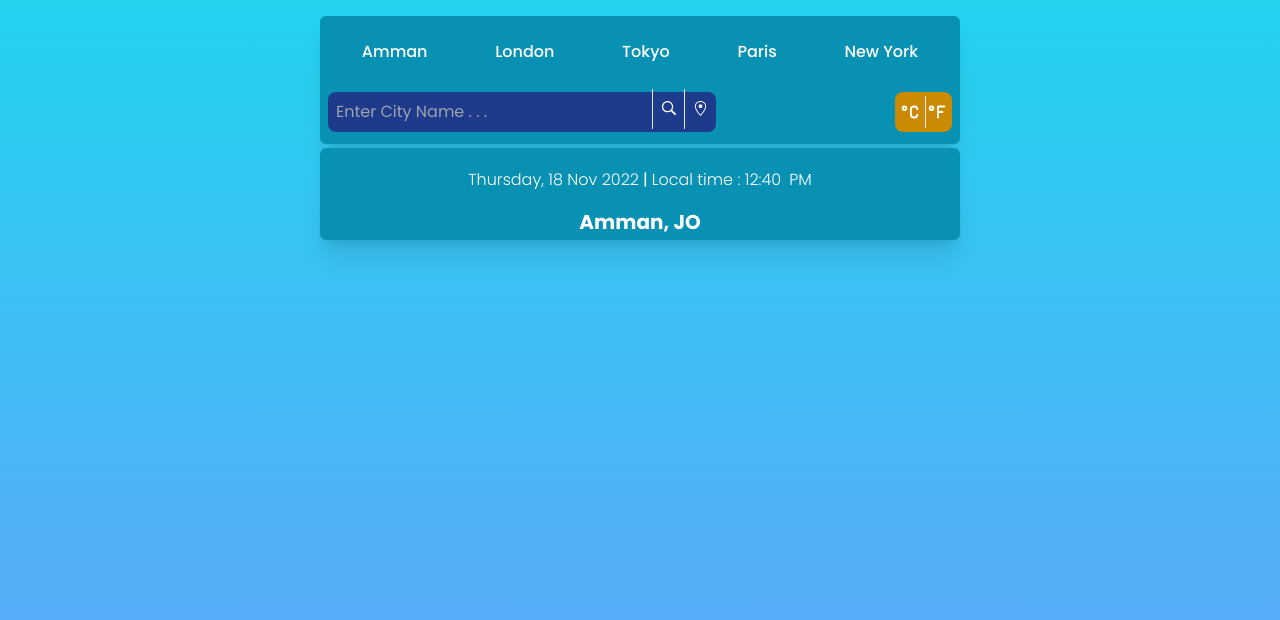
Repository: SaadYasin/next-js-forecast-tailwind
Page: /
These files come from the project's save history. The page is drawn as it stood at one moment and after the next save; the edit follows.
The browser window is 1280 px wide. The pictures show the whole page.
The project was rebuilt for these pictures with package versions that can differ from the ones it lists, and the page was loaded fresh each time. The framework's server and built-in components were replaced by stand-ins that run in the browser.

Above is the page before, as saved 2022-11-18 22:39:22.

### pages/index.js
import Head from 'next/head';
import TopButtons from '../components/TopButtons';
import Input from '../components/Input';
import MainCard from '../components/MainCard';

export default function Home() {
  return (
    <div>
      <Head>
        <title>Create Next App</title>
      </Head>
      <div className="bg-gradient-to-b from-cyan-400 to-blue-400 h-screen py-4">
        <div className="text-white w-[22.5rem] md:w-3/4 lg:w-[40rem] bg-cyan-600 h-32 mx-auto px-2 rounded-md shadow-xl">
          <TopButtons />

          <Input />

          <MainCard />
        </div>
      </div>
    </div>
  );
}

### styles/globals.css
@import url('https://fonts.googleapis.com/css2?family=Poppins:wght@100;200;300;400;500;600;700&display=swap');

@tailwind base;
@tailwind components;
@tailwind utilities;

* {
  padding: 0;
  margin: 0;
  box-sizing: border-box;
}

html,
body {
  font-family: 'Poppins'
}

### components/TopButtons.js
const TopButtons = () => {

  const cities = [
    {
      id: 1,
      name: "Amman"
    },
    {
      id: 2,
      name: "London"
    },
    {
      id: 3,
      name: "Tokyo"
    },
    {
      id: 4,
      name: "Paris"
    },
    {
      id: 5,
      name: "New York"
    },
  ]

  return (
    <div className="flex items-center justify-around ">
      { cities.map((city) => (
        <button key={city.id} className="text-md font-medium my-6">{ city.name }</button>
      ))}
    </div>

  )
};

export default TopButtons;

### components/Input.js
import { GoSearch, GoLocation } from 'react-icons/go';
import { TbTemperatureCelsius, TbTemperatureFahrenheit } from 'react-icons/tb';

const Input = () => {

  return (
    <div className="flex items-center justify-between mt-1">
      <form className="flex items-center rounded-lg bg-blue-900 h-10">
        <input type="text" placeholder="Enter city name . . ." className="bg-transparent focus:outline-none pl-2 capitalize"/>

        <div>
        <button className="px-2 border-l h-10 transition ease-out hover:bg-yellow-600"><GoSearch size={15}/></button>
        <button className="px-2 border-l h-10 transition ease-out hover:bg-yellow-600"><GoLocation size={15}/></button>
        </div>

        </form>

        <div className="flex font-medium text-md bg-yellow-600 h-10 rounded-lg p-1">
        <button  name="metric" className="border-r pr-1"><TbTemperatureCelsius size={22} /></button>
        <button name="imperial" ><TbTemperatureFahrenheit size={22}/></button>
        </div>
    </div>

  )
}

export default Input;

### components/MainCard.js
import TimeAndDate from './TimeAndDate'
import Location from './Location';

const MainCard = () => {

  return (
    <div className="flex flex-col items-center">
      <div className="text-white w-[22.5rem] md:w-3/4 lg:w-[40rem] bg-cyan-600 h-max-content p-1 mt-4 rounded-md shadow-xl">
        <TimeAndDate />
        <Location />
      </div>
    </div>
  );
};

export default MainCard;

### components/TimeAndDate.js
const TimeAndDate = () => {
  return (
    <div className="flex justify-center gap-1 px-2 pt-4 text-base">
      <h3 className="font-light">Thursday, 18 Nov 2022</h3>
      <p>|</p>
      <h3 className="font-light">
        Local time : 12:40<span className="ml-2">PM</span>
      </h3>
    </div>
  );
};

export default TimeAndDate;

### components/Location.js
const Location = () => {

  return (
    <div>
      <h1 className="text-center mt-4 text-xl font-bold">Amman, JO</h1>
    </div>

  )
};

export default Location;

Loaded but not shown: pages/_app.js (common file); tailwind.config.js (common file)

After the next save:
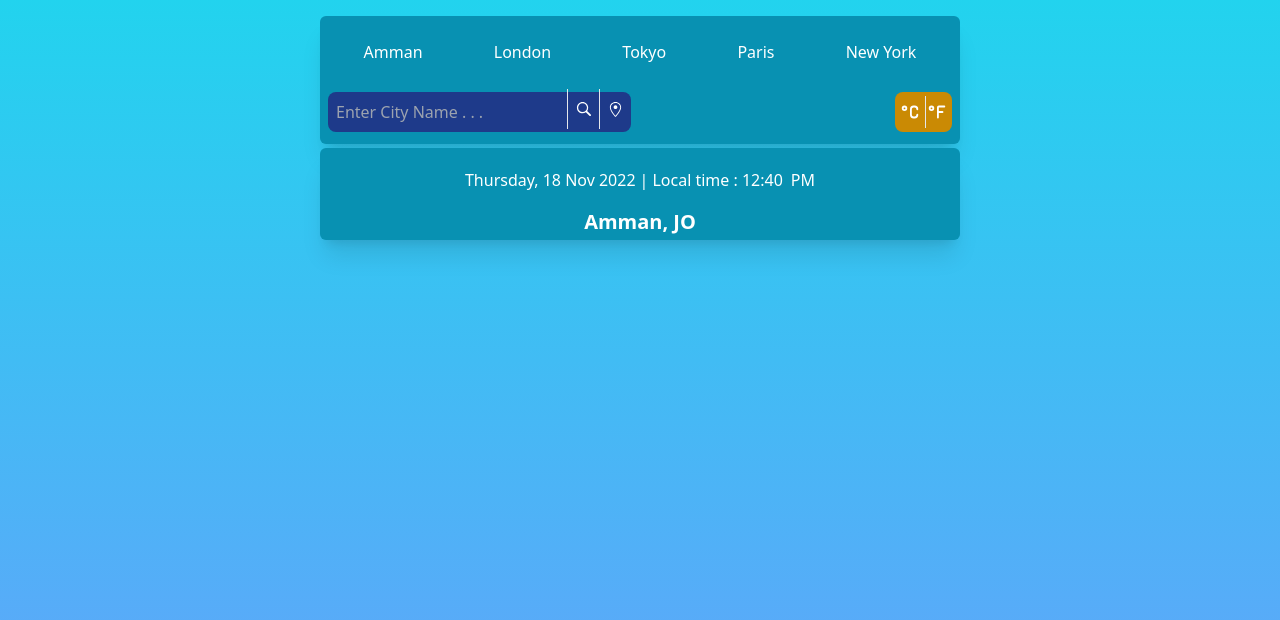
Saved 4 s later.
--- a/styles/globals.css
+++ b/styles/globals.css
@@ -12,5 +12,5 @@
 
 html,
 body {
-  font-family: 'Poppins'
+  font-family: 'Poppins',
 }

After the 3 saves that followed:
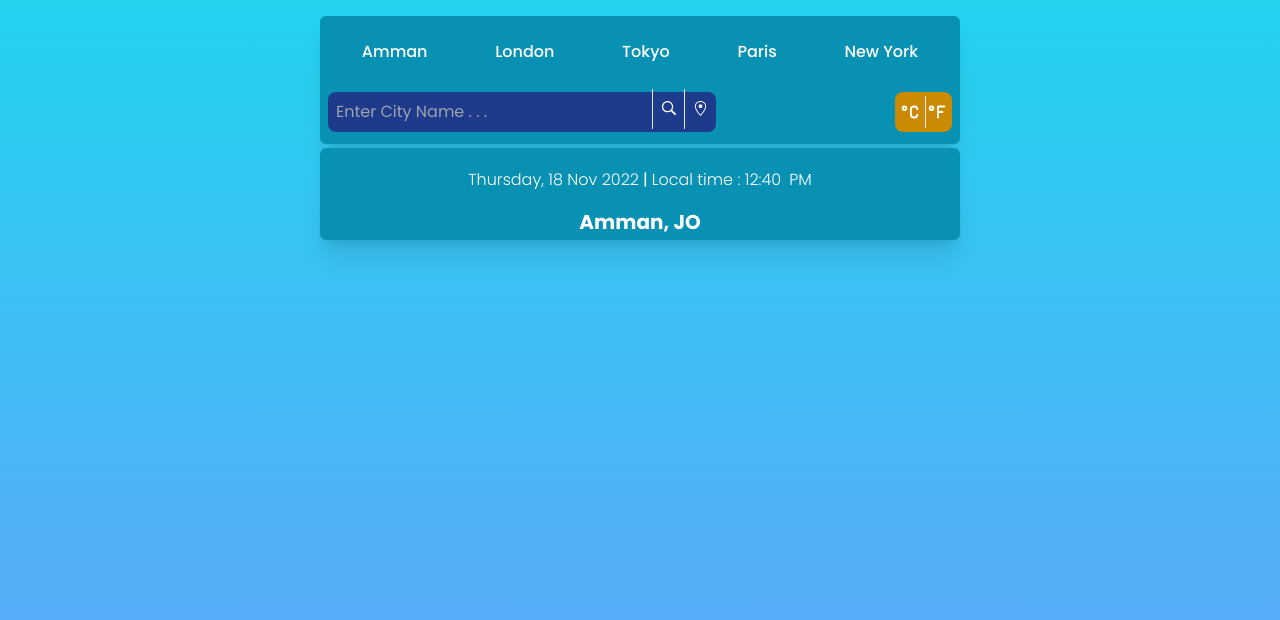
The 3 saves are shown as one change because they came seconds apart.
The last was saved 7 s later.
--- a/styles/globals.css
+++ b/styles/globals.css
@@ -12,5 +12,5 @@
 
 html,
 body {
-  font-family: 'Poppins',
+  font-family: 'Poppins', sans-serif;
 }
